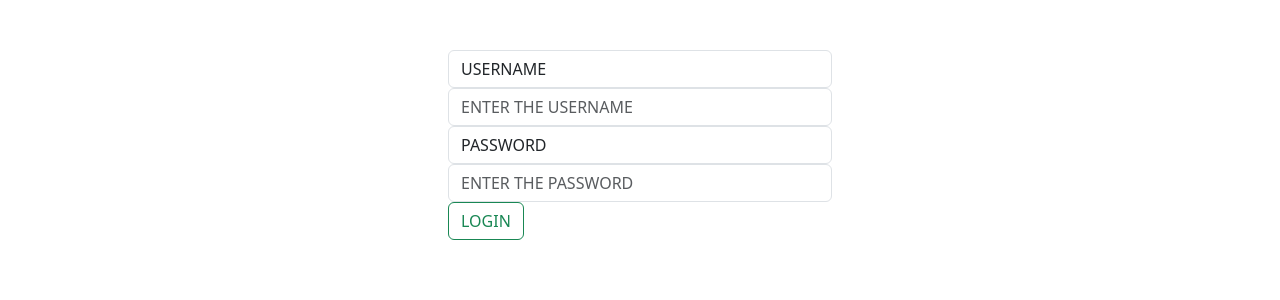
Repository: arindamslt/JEECoding
Page: ServletToServletCommunication/src/main/webapp/Login.html
These files come from the project's save history. The page is drawn as it stood at one moment and after the next save; the edit follows.
The browser window is 1280 px wide. The pictures show the whole page.

Above is the page before, as saved 2025-07-17 14:05:33.

### ServletToServletCommunication/src/main/webapp/Login.html
<!DOCTYPE html>
<html>
<head>
<meta charset="ISO-8859-1">
<title>Login FORM</title>
<link href="https://cdn.jsdelivr.net/npm/bootstrap@5.3.3/dist/css/bootstrap.min.css" rel="stylesheet" integrity="sha384-QWTKZyjpPEjISv5WaRU9OFeRpok6YctnYmDr5pNlyT2bRjXh0JMhjY6hW+ALEwIH" crossorigin="anonymous">
</head>
<body>
<div style="width: 30%;margin:50px auto">
<form action="" method="post">
<label class="form-control">USERNAME</label>
<input type="text" class="form-control" name="cid" placeholder="ENTER THE USERNAME"/>
<label class="form-control">PASSWORD</label>
<input type="password" class="form-control" name="cname" placeholder="ENTER THE PASSWORD"/>
<input type="submit" class="btn btn-outline-success" value="LOGIN"/>
</form>
</div>
</body>
</html>

After the next save:
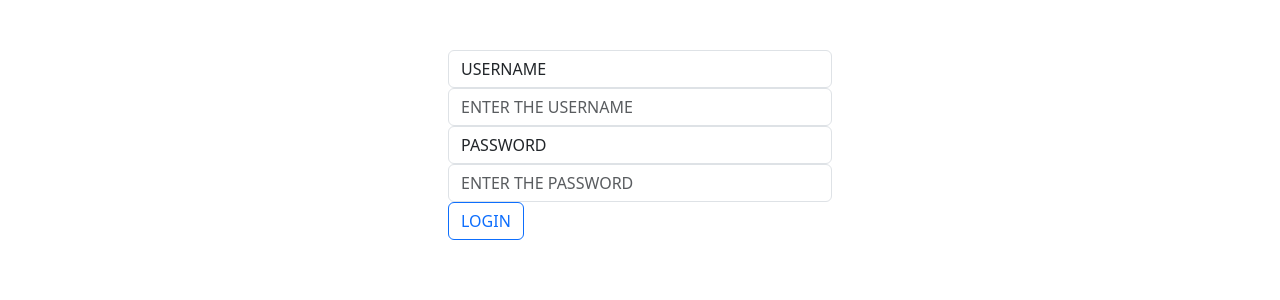
Saved 35 s later.
--- a/ServletToServletCommunication/src/main/webapp/Login.html
+++ b/ServletToServletCommunication/src/main/webapp/Login.html
@@ -12,7 +12,7 @@
 <input type="text" class="form-control" name="cid" placeholder="ENTER THE USERNAME"/>
 <label class="form-control">PASSWORD</label>
 <input type="password" class="form-control" name="cname" placeholder="ENTER THE PASSWORD"/>
-<input type="submit" class="btn btn-outline-success" value="LOGIN"/>
+<input type="submit" class="btn btn-outline-primary" value="LOGIN"/>
 </form>
 </div>
 </body>
